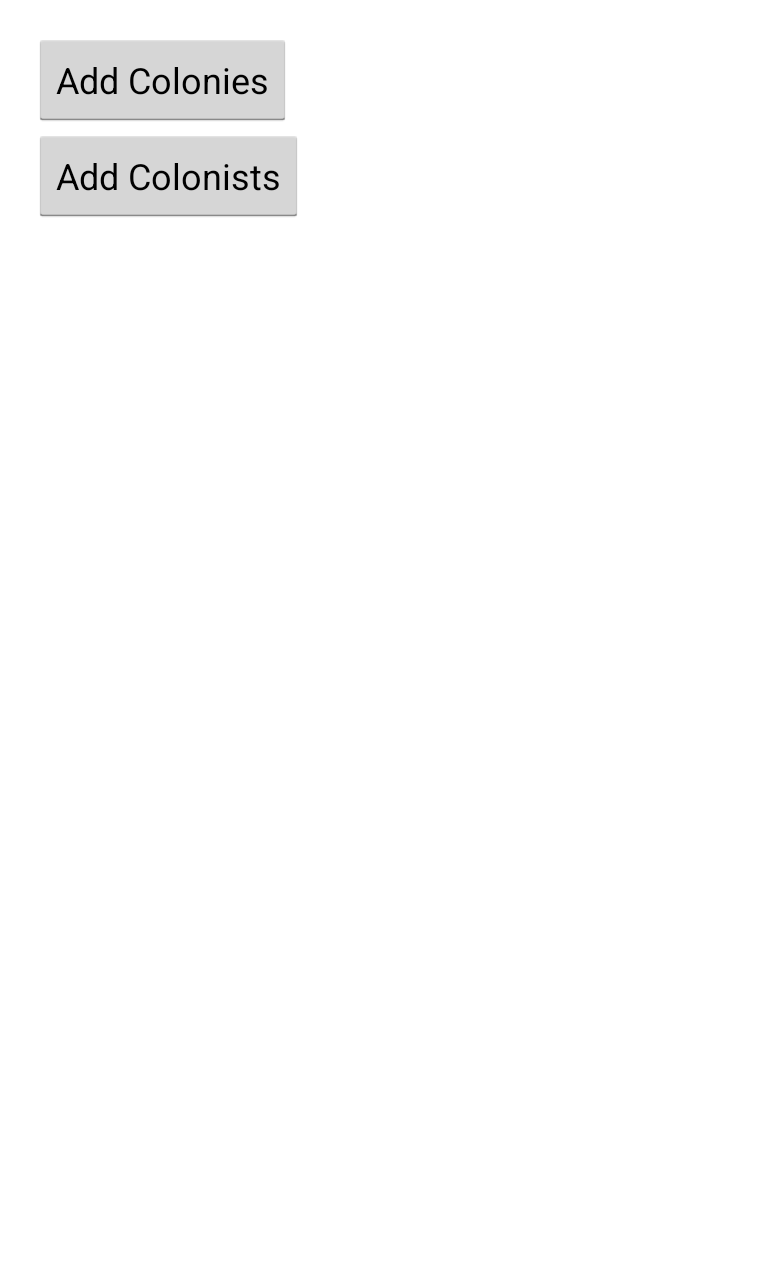
Repository: blender-head/android_basic
Layout: Hello_World/res/layout/activity_config_planet.xml
An editor plug-in stored every save of this project. The layout is shown before and after the next save, followed by the edit.
It is drawn on a 768 x 1280 px phone screen (xhdpi) without system bars, with theme AppTheme; the app's code is not run.

Above is the layout before, as saved 2013-12-31 17:28:35.

### Hello_World/res/layout/activity_config_planet.xml
<LinearLayout xmlns:android="http://schemas.android.com/apk/res/android"
    xmlns:tools="http://schemas.android.com/tools"
    android:layout_width="match_parent"
    android:layout_height="match_parent"
    android:paddingBottom="@dimen/activity_vertical_margin"
    android:paddingLeft="@dimen/activity_horizontal_margin"
    android:paddingRight="@dimen/activity_horizontal_margin"
    android:paddingTop="@dimen/activity_vertical_margin"
    android:orientation="vertical"
    tools:context=".ConfigPlanetActivity" >

    <Button
        android:id="@+id/coloniesButton"
		android:layout_width="wrap_content"
		android:layout_height="wrap_content"
		android:text="@string/button_name_colonies" />

    <Button
        android:id="@+id/colonistsButton"
		android:layout_width="wrap_content"
		android:layout_height="wrap_content"
		android:text="@string/button_name_colonists" />

</LinearLayout>

### Hello_World/res/values/strings.xml
<?xml version="1.0" encoding="utf-8"?>
<resources>

    <string name="app_name">Hello_World</string>
    <string name="action_settings">Settings</string>
    <string name="hello_world">Hello world!</string>

    <!-- Labels -->
    <string name="planet_name_label">Planet Name: </string>
    <string name="planet_mass_label">Planet Mass: </string>
    <string name="planet_gravity_label">Planet Gravity: </string>
    <string name="planet_colonies_label">Planet Colonies: </string>
    <string name="planet_population_label">Planet Population: </string>
    <string name="planet_military_label">Planet Military: </string>
    <string name="planet_bases_label">Planet Bases: </string>
    <string name="planet_forcefield_label">Planet Forcefield: </string>

    <!-- Menus -->
    <string name="menu_add_planet">Add a New Planet</string>
    <string name="menu_config_planet">Configure Planet</string>
    <string name="menu_travel_planet">Travel to Planet</string>
    <string name="menu_attack_planet">Attack on Planet</string>
    <string name="menu_home_planet">Show Home Planet</string>
    <string name="title_activity_new_planet">NewPlanetActivity</string>

    <!-- Planet names -->
    <string name="content_desc_earth">Planet Earth</string>
    <string name="content_desc_mars">Planet Mars</string>
    <string name="content_desc_venus">Planet Venus</string>
    <string name="content_desc_jupiter">Planet Jupiter</string>
    <string name="content_desc_saturn">Planet Saturn</string>
    <string name="content_desc_neptune">Planet Neptune</string>
    <string name="title_activity_config_planet">ConfigPlanetActivity</string>

    <!-- Buttins -->
    <string name="button_name_colonies">Add Colonies</string>
	<string name="button_name_colonists">Add Colonists</string>
	<string name="button_name_bases">Add Bases</string>
	<string name="button_name_military">Add Military</string>
	<string name="button_name_ffon">Forcefield On</string>
	<string name="button_name_ffoff">Forcefield Off</string>

</resources>

Loaded but not shown: Hello_World/res/values/styles.xml (common file); Hello_World/res/values-v11/styles.xml (common file); Hello_World/res/values-v14/styles.xml (common file); Hello_World/res/values/dimens.xml (common file)

After the next save:
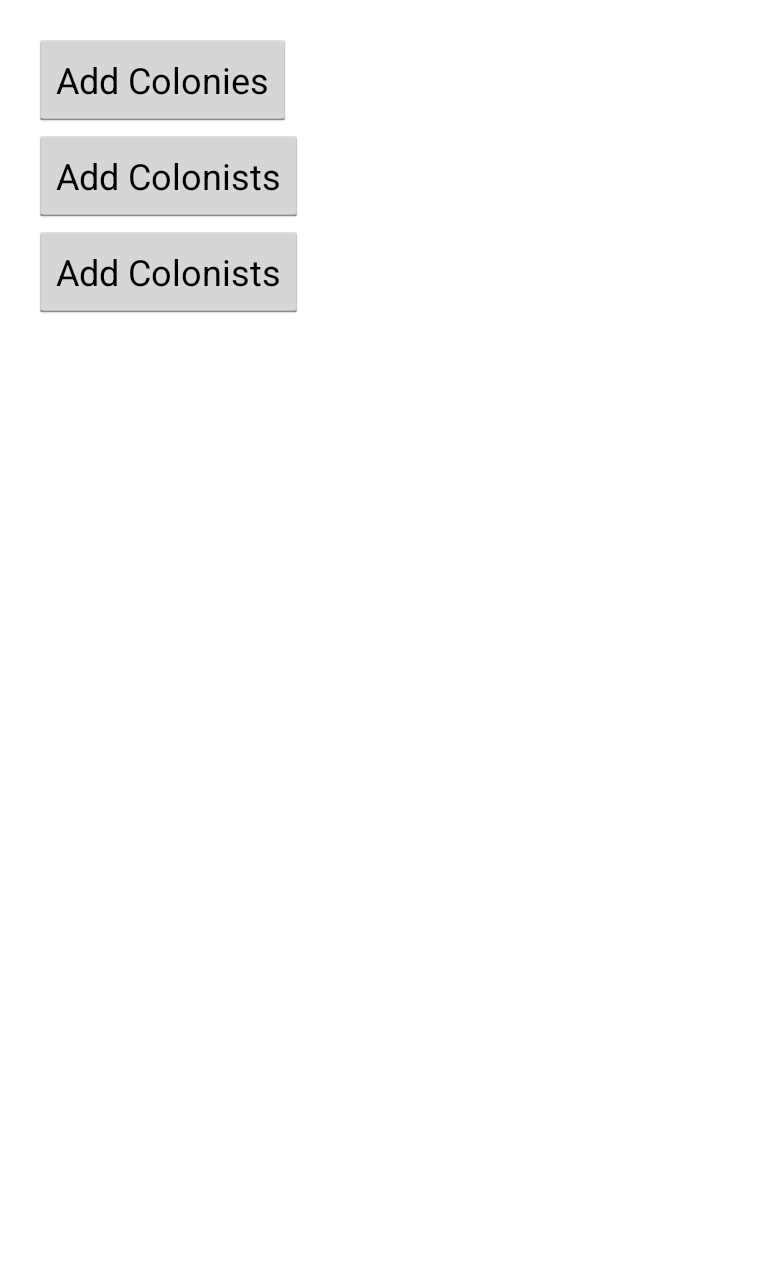
Saved 12 s later.
--- a/Hello_World/res/layout/activity_config_planet.xml
+++ b/Hello_World/res/layout/activity_config_planet.xml
@@ -21,4 +21,10 @@
 		android:layout_height="wrap_content"
 		android:text="@string/button_name_colonists" />
 
+    <Button
+        android:id="@+id/colonistsButton"
+		android:layout_width="wrap_content"
+		android:layout_height="wrap_content"
+		android:text="@string/button_name_colonists" />
+
 </LinearLayout>
